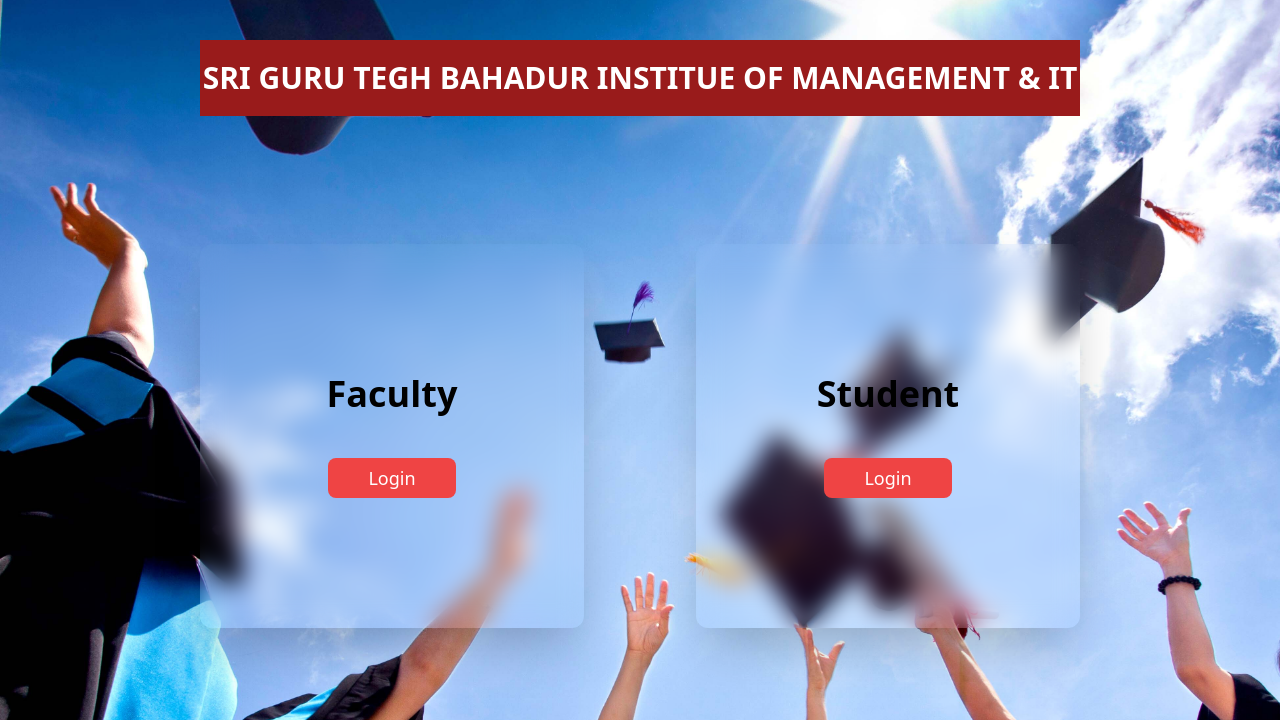
Repository: SehajBindra/SGTBIMIT-ERP-Client
Page: /
An editor plug-in stored every save of this project. The page is shown before and after the next save, followed by the edit.
The browser window is 1280 px wide. The pictures show the whole page.
The project was rebuilt for these pictures with package versions that can differ from the ones it lists, and the page was loaded fresh each time. Also part of the build but not shown: src/LOGIN/STUDENT/StudentLogin.js, src/LOGIN/FACULTY/FacultyLogin.js, src/STUDENT_PAGE/StuBody.js, src/STUDENT_PAGE/StuSidebar.js, src/STUDENT_PAGE/StuHeader.js, src/STUDENT_PAGE/StudentHome.js, src/FACULTY_PAGE/FacBody.js, src/FACULTY_PAGE/FacHeader.js and 2 more.

Above is the page before, as saved 2023-05-14 14:52:08.

After the next save:
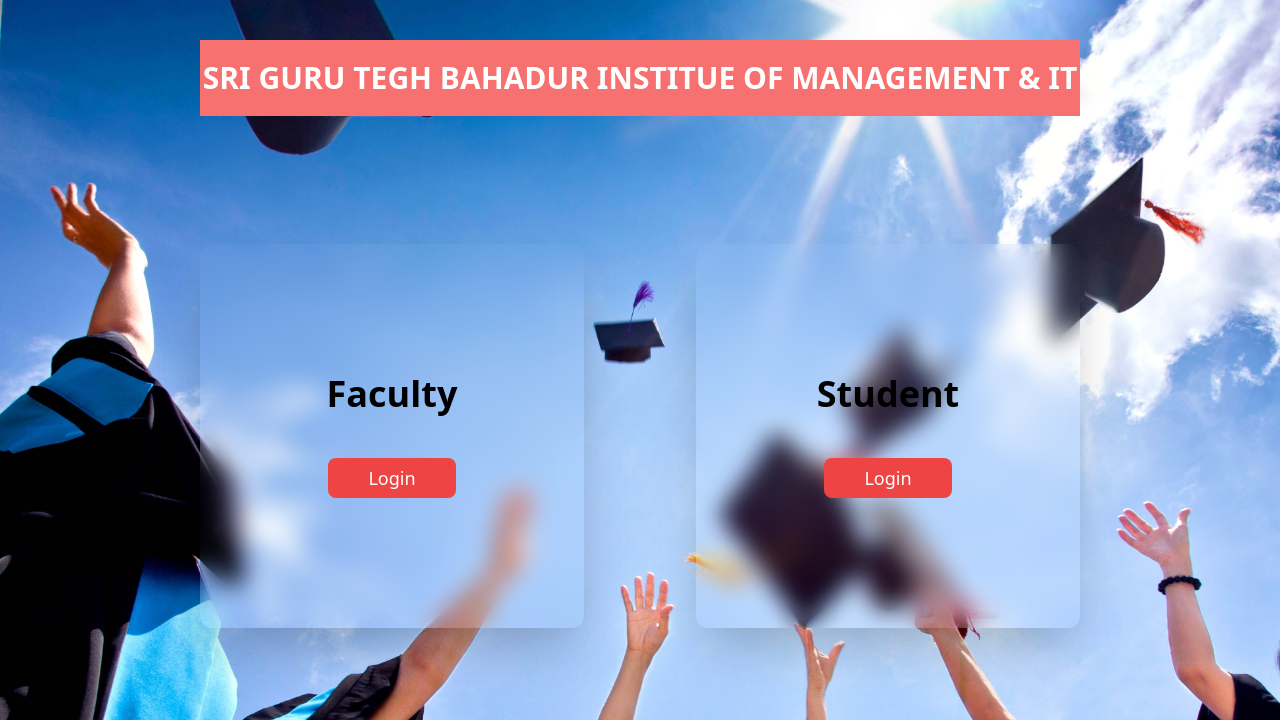
Saved 11 min 7 s later.
--- a/src/LOGIN/Login.js
+++ b/src/LOGIN/Login.js
@@ -4,39 +4,38 @@
 
 const Login = () => {
   return (
-      <div className="display">
-        <div
-      className="h-screen w-screen  flex  justify-center">
-         <div className="flex flex-col items-center mt-10 space-y-32">
-        <h1 className="text-3xl font-semibold bg-red-800 text-white w-full text-center py-5  rounded-4xl">
-          SRI GURU TEGH BAHADUR INSTITUE OF MANAGEMENT & IT
-        </h1>
-        <div className="grid grid-cols-2 gap-28">
-          <div className="h-96 w-96 space-y-11 shadow-2xl flex flex-col justify-center items-center bg-transparent backdrop-blur-md bg-[#5a51d6] bg-opacity-60 rounded-xl">
-            <h1 className="text-4xl font-extrabold">Faculty</h1>
+    <div className="display">
+      <div className="h-screen w-screen  flex  justify-center">
+        <div className="flex flex-col items-center mt-10 space-y-32">
+          <h1 className="text-3xl font-semibold bg-red-400 text-white w-full text-center py-5  rounded-4xl">
+            SRI GURU TEGH BAHADUR INSTITUE OF MANAGEMENT & IT
+          </h1>
+          <div className="grid grid-cols-2 gap-28">
+            <div className="h-96 w-96 space-y-11 shadow-2xl flex flex-col justify-center items-center bg-transparent backdrop-blur-md bg-[#5a51d6] bg-opacity-60 rounded-xl">
+              <h1 className="text-4xl font-extrabold">Faculty</h1>
 
-            <Link
-              type="button"
-              to="FacultyLogin"
-              className="flex items-center justify-center bg-red-500 h-10 w-32 text-lg rounded-lg text-white hover:scale-110 transition-all duration-200">
-              Login
-            </Link>
-          </div>
-          <div className="h-96 w-96 space-y-11 shadow-2xl flex flex-col justify-center items-center bg-transparent backdrop-blur-md bg-[#d65158] bg-opacity-60 rounded-xl">
-            <h1 className="text-4xl font-extrabold">Student</h1>
-            <Link
-              type="button"
-              to="StudentLogin"
-              className="flex items-center justify-center bg-red-500 h-10 w-32 text-lg rounded-lg text-white hover:scale-110 transition-all duration-200">
-              Login
-            </Link>
+              <Link
+                type="button"
+                to="FacultyLogin"
+                className="flex items-center justify-center bg-red-500 h-10 w-32 text-lg rounded-lg text-white hover:scale-110 transition-all duration-200"
+              >
+                Login
+              </Link>
+            </div>
+            <div className="h-96 w-96 space-y-11 shadow-2xl flex flex-col justify-center items-center bg-transparent backdrop-blur-md bg-[#d65158] bg-opacity-60 rounded-xl">
+              <h1 className="text-4xl font-extrabold">Student</h1>
+              <Link
+                type="button"
+                to="StudentLogin"
+                className="flex items-center justify-center bg-red-500 h-10 w-32 text-lg rounded-lg text-white hover:scale-110 transition-all duration-200"
+              >
+                Login
+              </Link>
+            </div>
           </div>
         </div>
       </div>
-      </div>
-
-      </div>
-
+    </div>
   );
 };
 
